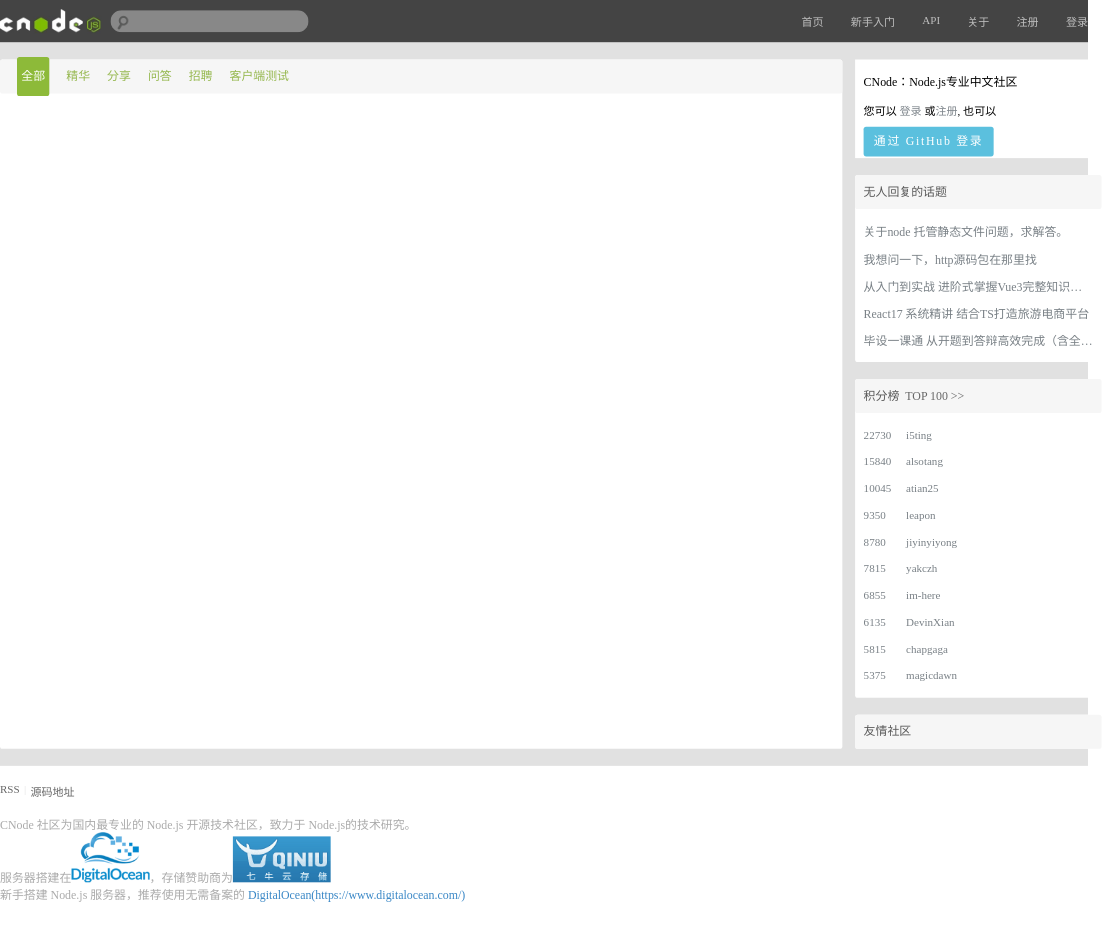
Repository: he-mengyao/pc-cnode-js
Page: /
These files come from the project's save history. The page is drawn as it stood at one moment and after a run of saves; the edit follows.
The browser window is 1280 px wide. The page is 1296 px wide, so the pictures cover 1296 px, including what lies to the right of the window. The pictures show the whole page, at 85% of full size.
The page's requests for data from a server got no answer. The project was rebuilt for these pictures with package versions that can differ from the ones it lists, and the page was loaded fresh each time. No one was signed in, and anything a server would have sent is missing.

Above is the page before, as saved 2021-06-20 13:32:19.

After the next 2 saves:
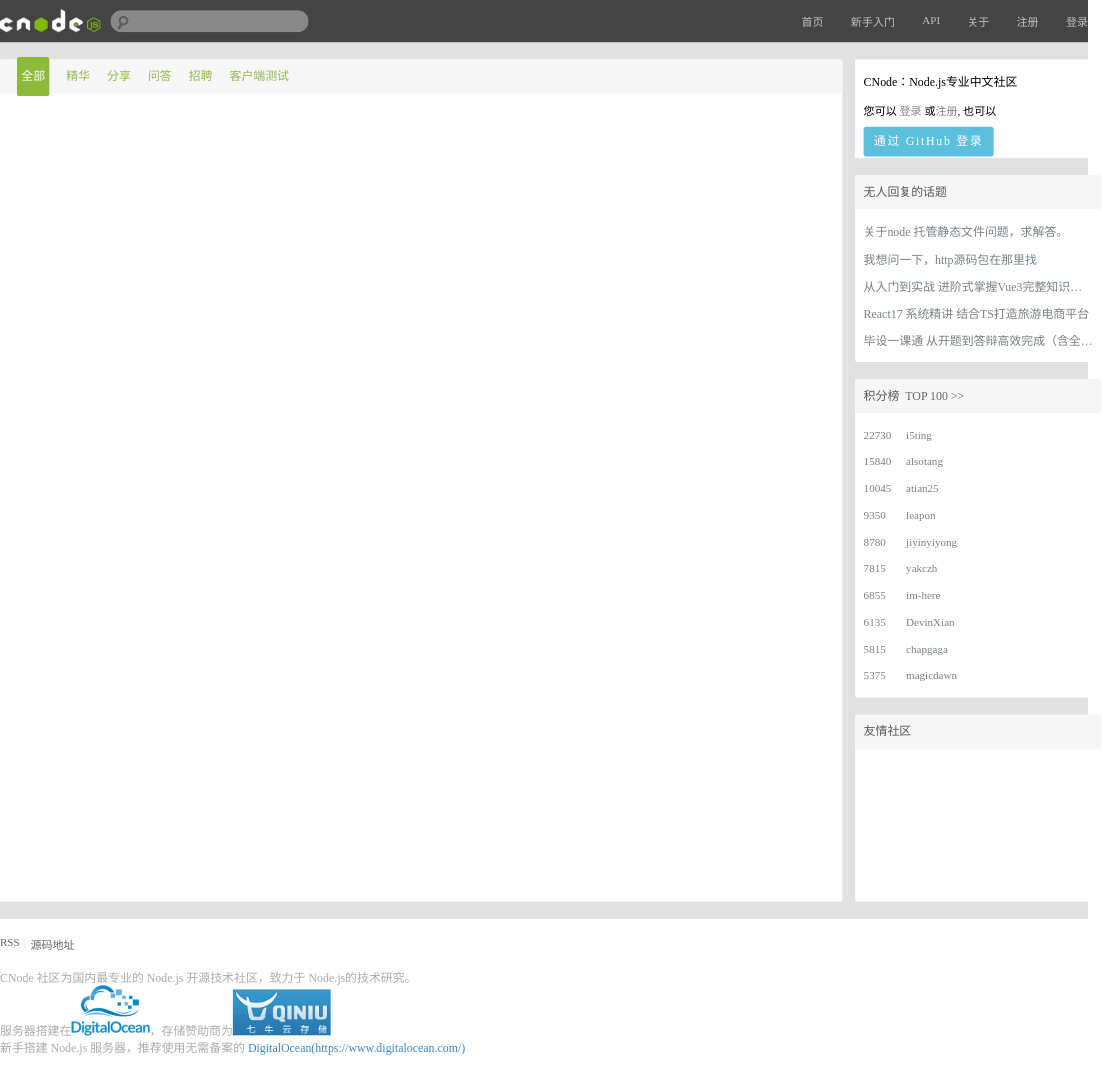
The 2 saves are shown as one change because they came seconds apart.
The last was saved 27 s later.
--- a/src/components/Fr/fr.vue
+++ b/src/components/Fr/fr.vue
@@ -103,6 +103,9 @@
         width: 50px;
       }
     }
+    .links {
+      height: 180px;
+    }
   }
 }
 </style>
